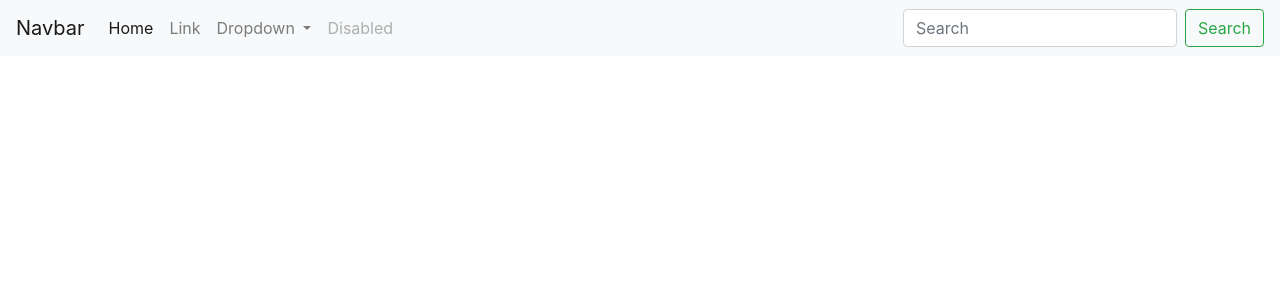
Repository: om1ars/map-api-django
Page: http://localhost/
An editor plug-in stored every save of this project. The page is shown before and after the next save, followed by the edit.
The browser window is 1280 px wide. The pictures show the whole page.
The page is served by the project's application, run on Django 2.2 (manage.py).

Above is the page before, as saved 2022-04-10 01:53:24.

After the next save:
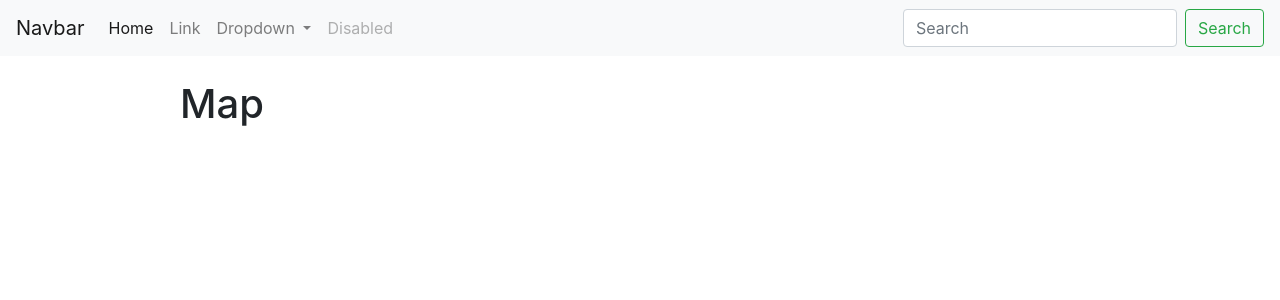
Saved 12 s later.
--- a/templates/index.html
+++ b/templates/index.html
@@ -83,7 +83,7 @@
     <div class="container">
         <div class="row  mt-4">
             <div class="col-md-10 offset-md-1">
-                <h1></h1>
+                <h1>Map</h1>
             </div>
         </div>
     </div>
